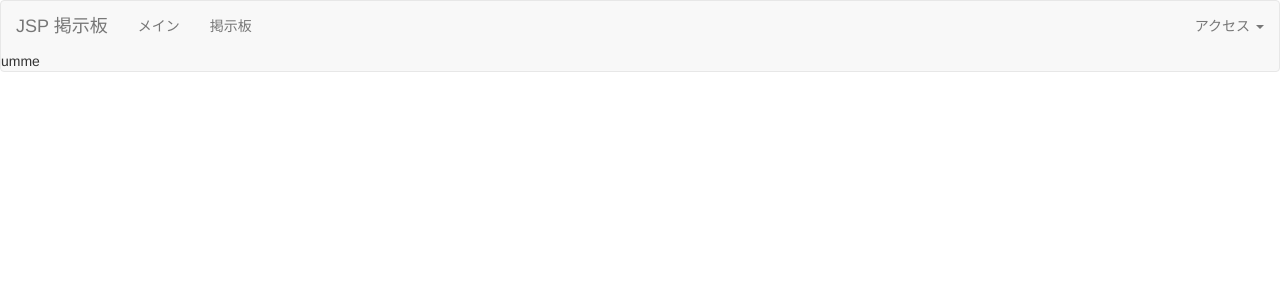
Repository: dengpu/JSP
Page: http://localhost/BBS/main.jsp
These files come from the project's save history. The page is drawn as it stood at one moment and after the next save; the edit follows.
The browser window is 1280 px wide. The pictures show the whole page.
Some web libraries are served in a nearby version. The page is served by Tomcat 9. Other server files are loaded and not shown.

Above is the page before, as saved 2017-05-15 06:46:44.

### BBS/WebContent/main.jsp
<%@ page language="java" contentType="text/html; charset=UTF-8"
	pageEncoding="UTF-8"%>
<!DOCTYPE html>
<html>
<head>
<meta http-equiv="Content-Type" content="text/html; charset=UTF-8">
<meta name="viewport" content="width=device-width, initial-scale=1">
<link rel="stylesheet" href="css/bootstrap.css">
<title>JSP 掲示板</title>
</head>
<body>
<%
	String ID = null;
if(session.getAttribute("ID") != null){
	ID = (String) session.getAttribute("ID");
}
%>


	<nav class="navbar navbar-default">
		<div class="navbar-header">
			<button type=button class="navbar-toggle collapsed"
				data-toggle="collapse" data-target="#bs-example-navbar-collapse-1"
				aria-expanded="false">
				<span class="icon-bar"></span> <span class="icon-bar"></span> <span
					class="icon-bar"></span>

			</button>
			<a class="navbar-brand" href="main.jsp">JSP 掲示板</a>
		</div>
		<div class="collapse navbar-collapse"
			id="bs-example-navbar-collapse-1">
			<ul class="nav navbar-nav ">
				<li><a href="main.jsp">メイン</a></li>
				<li><a href="bbs.jsp">掲示板</a></li>
			</ul>

			<ul class="nav navbar-nav navbar-right">
				<li class="dropdown"><a href="#" class="dropdown-toggle"
					data-toggle="dropdown" role="button" aria-haspopup="true"
					aria-expanded="false">アクセス <span class="caret"></span>

				</a>
					<ul class="dropdown-menu">
						<li><a href="login.jsp">ログイン</a></li>
						<li><a href="join.jsp">会員登録</a></li>

					</ul></li>
			</ul>
		</div>
		<div algin="center">
		umme
		</div>


	</nav>

	<script src="https://code.jquery.com/jquery-3.1.1.min.js"></script>
	<script src="js/bootstrap.js"></script>

</body>
</html>

Loaded but not shown: BBS/WebContent/css/bootstrap.css (library); BBS/WebContent/js/bootstrap.js (library)

After the next save:
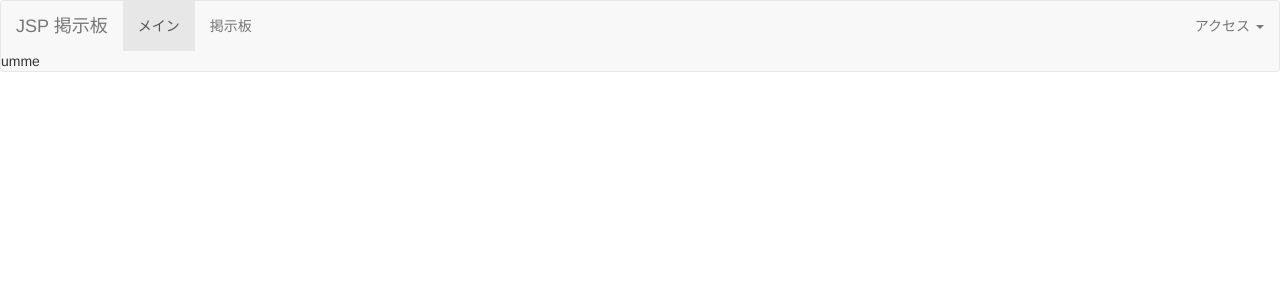
Saved 10 s later.
--- a/BBS/WebContent/main.jsp
+++ b/BBS/WebContent/main.jsp
@@ -31,7 +31,7 @@
 		<div class="collapse navbar-collapse"
 			id="bs-example-navbar-collapse-1">
 			<ul class="nav navbar-nav ">
-				<li><a href="main.jsp">メイン</a></li>
+				<li class="active"><a href="main.jsp">メイン</a></li>
 				<li><a href="bbs.jsp">掲示板</a></li>
 			</ul>
 
